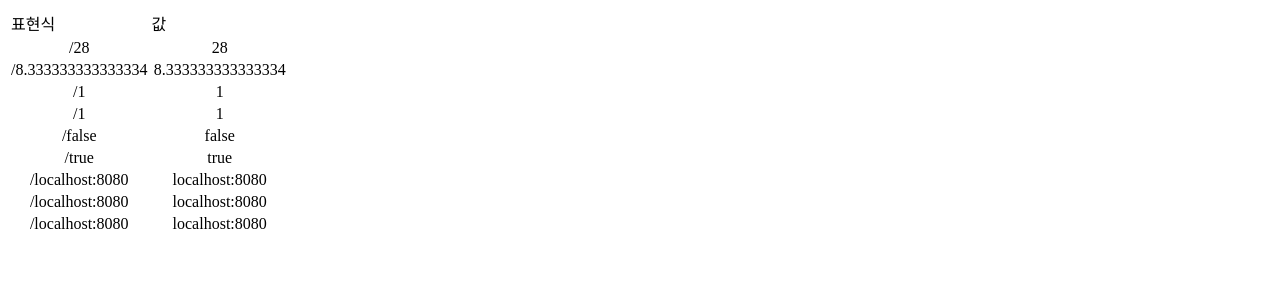
Repository: Choiinhwan11/JAVA
Page: http://localhost/EL_JSTL01/EL/elInput.jsp
These files come from the project's save history. The page is drawn as it stood at one moment and after the next save; the edit follows.
The browser window is 1280 px wide. The pictures show the whole page.
The page is served by Tomcat 9.

Above is the page before, as saved 2024-02-15 02:33:33.

After the next save:
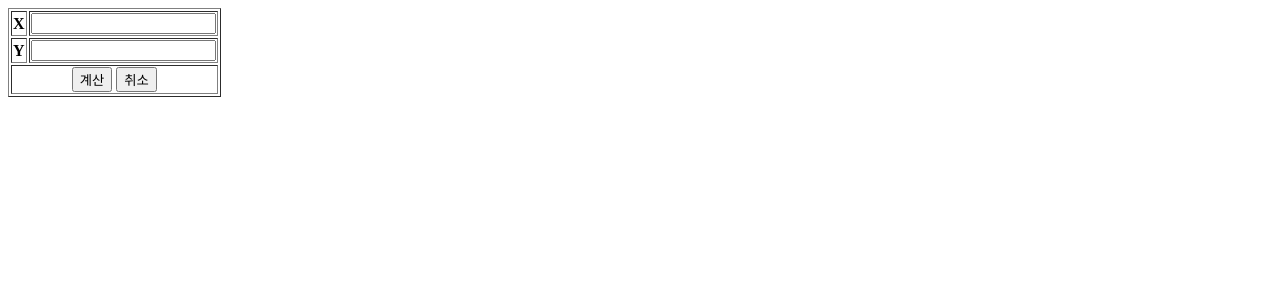
Saved 6 min 34 s later.
--- a/Web/workspace/EL_JSTL01/src/main/webapp/EL/elInput.jsp
+++ b/Web/workspace/EL_JSTL01/src/main/webapp/EL/elInput.jsp
@@ -7,57 +7,25 @@
 <title>Insert title here</title>
 </head>
 <body>
-<table>
-	<tr>
-		<td width="50%">표현식</td>
-		<td width="50%">값</td>
-	</tr>
+<form action="elResult.jsp">
+	<table border="1">
+		<tr>
+			<th>X</th>
+			<td><input type="text" name="X"></td>
+		</tr>
+		<tr>
+			<th>Y</th>
+			<td><input type="text" name="Y"></td>
+		</tr>
+		<tr>
+			<td colspan="2" align="center">
+				<input type="submit" value="계산">
+				<input type="reset" value="취소">
+			</td>
 
-	<tr align="center">
-		<td>/${25 + 3 }</td>
-		<td>${25 + 3 }</td>
-	</tr>
+		</tr>
+	</table>
 
-	<tr align="center">
-		<td>/${25 / 3 }</td>
-		<td>${25 / 3 }</td>
-	</tr>
-
-	<tr align="center">
-		<td>/${25 % 3 }</td>
-		<td>${25 % 3 }</td>
-	</tr>
-
-	<tr align="center">
-		<td>/${25 mod 3 }</td>
-		<td>${25 mod 3 }</td>
-	</tr>
-
-	<!-- > gt, < lt, >= ge, <= le, == eq, !== ne -->
-	<tr align="center">
-		<td>/${25 lt 3 }</td>
-		<td>${25 < 3 }</td>
-	</tr>
-
-	<tr align="center">
-		<td>/${25 gt 3 }</td>
-		<td>${25 > 3 }</td>
-	</tr>
-
-	<tr align="center">
-		<td>/${header['host'] }</td>
-		<td>${header['host'] }</td>
-	</tr>
-
-	<tr align="center">
-		<td>/${header.host }</td>
-		<td>${header.host }</td>
-	</tr>
-
-	<tr align="center">
-		<td>/${header['host'] }</td>
-		<td>${header['host'] }</td>
-	</tr>
-</table>
+</form>
 </body>
 </html>
